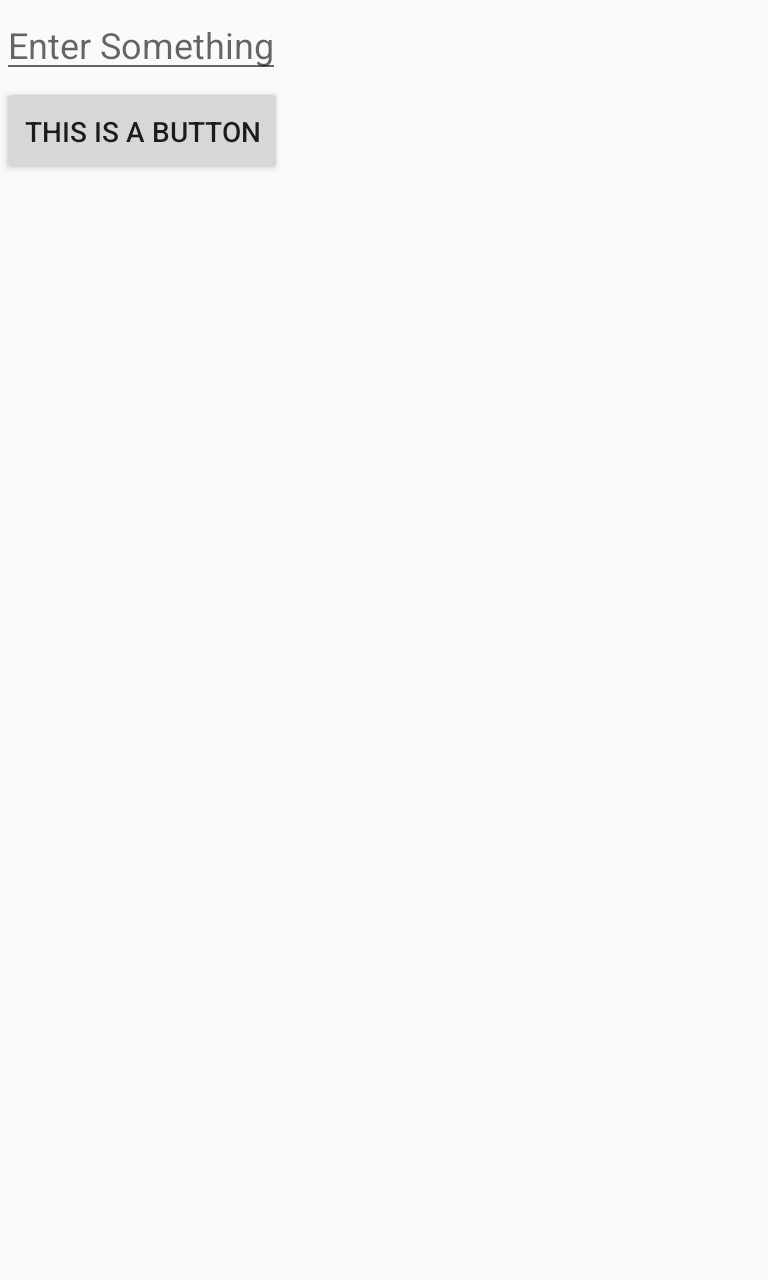
Repository: apoorvelec/AndroidApps
Layout: Calculator/res/layout/activity_main.xml
These files come from the project's save history. The layout is drawn as it stood at one moment and after the next save; the edit follows.
It is drawn on a 768 x 1280 px phone screen (xhdpi) without system bars, with theme AppTheme; the app's code is not run. Lists and similar views that code fills are empty.

Above is the layout before, as saved 2016-05-17 00:36:48.

### Calculator/res/layout/activity_main.xml
<?xml version="1.0" encoding="utf-8"?>
<LinearLayout xmlns:android="http://schemas.android.com/apk/res/android"
   android:layout_width="fill_parent"
   android:layout_height="fill_parent"
   android:orientation="vertical" >

   <EditText android:id="@+id/text"
      android:layout_width="wrap_content"
      android:layout_height="wrap_content"
      android:hint="Enter Something" />

   <Button android:id="@+id/button"
      android:layout_width="wrap_content"
      android:layout_height="wrap_content"
      android:text="This is a Button" />

   <!-- More GUI components go here  -->

   <GridView
       android:id="@+id/gridview"
       android:layout_width="match_parent"
       android:layout_height="match_parent"/>

</LinearLayout>

Loaded but not shown: Calculator/res/values/styles.xml (common file); Calculator/res/values-v11/styles.xml (common file); Calculator/res/values-v14/styles.xml (common file)

After the next save:
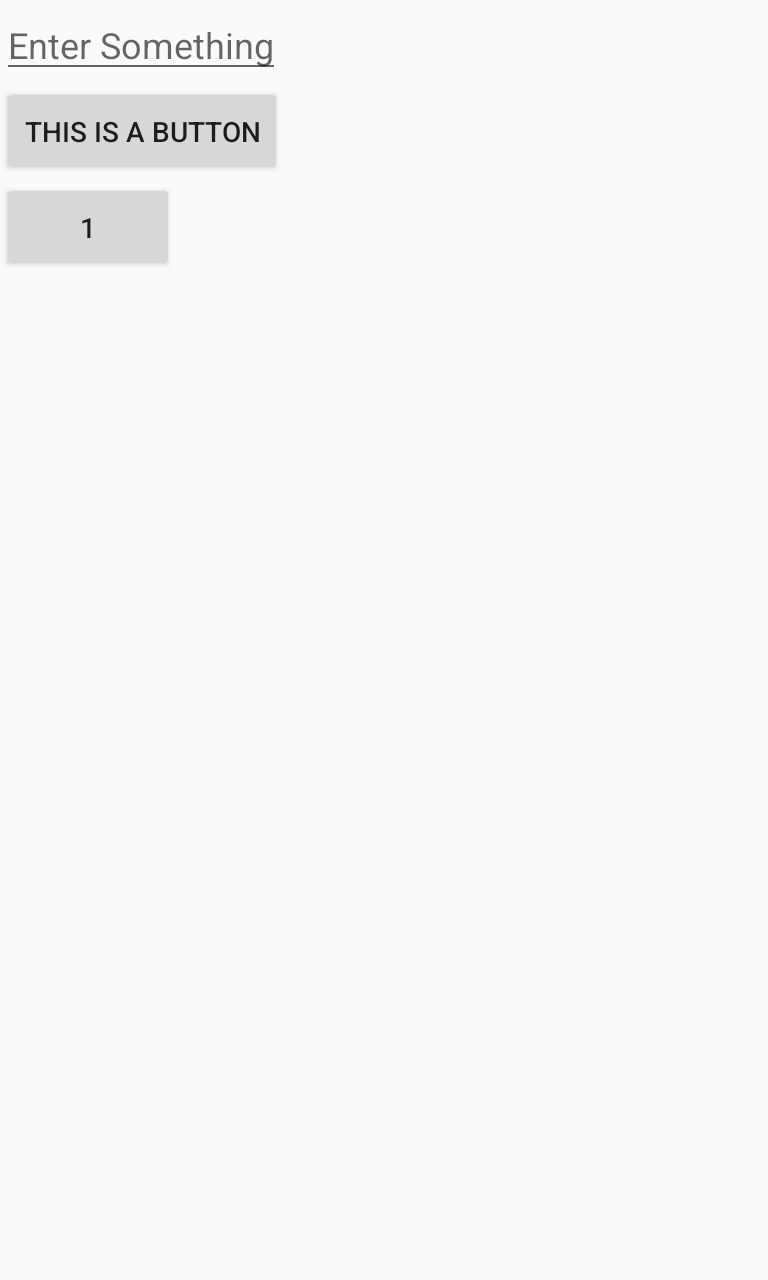
Saved 7 min 54 s later.
--- a/Calculator/res/layout/activity_main.xml
+++ b/Calculator/res/layout/activity_main.xml
@@ -15,10 +15,15 @@
       android:text="This is a Button" />
 
    <!-- More GUI components go here  -->
+   <LinearLayout xmlns:android="http://schemas.android.com/apk/res/android"
+   android:layout_width="fill_parent"
+   android:layout_height="fill_parent"
+   android:orientation="horizontal" >
+   	<Button android:id="@+id/button1"
+      android:layout_width="wrap_content"
+      android:layout_height="wrap_content"
+      android:text="1" />
 
-   <GridView
-       android:id="@+id/gridview"
-       android:layout_width="match_parent"
-       android:layout_height="match_parent"/>
+   </LinearLayout>
 
 </LinearLayout>
